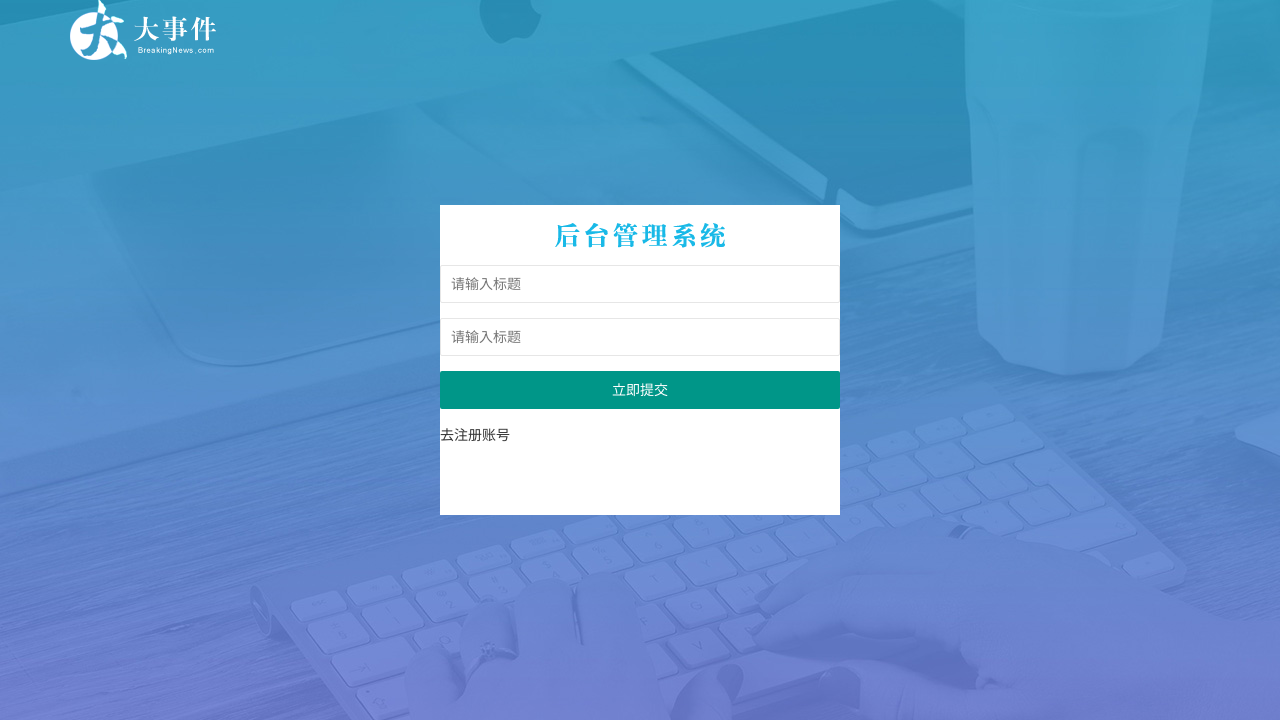
Repository: keyboying1/web_bigevent
Page: login.html
These files come from the project's save history. The page is drawn as it stood at one moment and after the next save; the edit follows.
The browser window is 1280 px wide. The pictures show the whole page.

Above is the page before, as saved 2022-11-18 15:34:41.

### login.html
<!DOCTYPE html>
<html lang="en">
<head>
    <meta charset="UTF-8">
    <meta http-equiv="X-UA-Compatible" content="IE=edge">
    <meta name="viewport" content="width=device-width, initial-scale=1.0">
    <title>大事件-注册/登录</title>
    <!-- 导入layui样式 -->
    <link rel="stylesheet" href="/assets/lib/layui/css/layui.css">
    <link rel="stylesheet" href="/assets/css/login.css">
</head>
<body>
    <!-- 头部logo区域 -->
    <div class="layui-main">
        <img src="/assets/images/logo.png" alt="" />
    </div>

    <!-- 登录注册区域 -->
    <div class="loginAndRegBox">
        <div class="title-box" ></div>
        <!-- 登录div -->
        <div class="login-box">
            <!-- 登陆的表单  -->
            <form class="layui-form" action="">
                <!-- 用户名 -->
                <div class="layui-form-item">
                    <input type="text" name="title" required  lay-verify="required" placeholder="请输入标题" autocomplete="off" class="layui-input">
                </div>

                <!-- 密码 -->
                <div class="layui-form-item">
                    <input type="text" name="title" required  lay-verify="required" placeholder="请输入标题" autocomplete="off" class="layui-input">
                </div>
                <!-- 按钮 -->
                <div class="layui-form-item">
                    <button class="layui-btn layui-btn-fluid" lay-submit >立即提交</button>

                </div>
            </form>

            <a href="javascript:;" id="link_reg">去注册账号</a>
        </div>
        <!-- 注册div -->
        <div class="reg-box">
            <a href="javascript:;" id="link_login">去登录</a>
        </div>
    </div>
    <!-- 导入jQuery -->
    <script src="/assets/lib/jquery.js"></script>
    <!-- 导入自己的js -->
    <script src="/assets/js/login.js"></script>
</body>
</html>

### assets/css/login.css
html,
body{
    margin:0;
    padding:0;
    height: 100%;
    width: 100%;
    background:url('/assets/images/login_bg.jpg')
    no-repeat center;
    background-size: cover;
}

.loginAndRegBox{
   width: 400px;
   height:310px;
   background-color: #fff;
   position: absolute;
   left: 50%;
   top: 50%;
   transform: translate(-50%,-50%);
}

.title-box{
    height: 60px;
    background: url("/assets/images/login_title.png")
    no-repeat center;
}
.reg-box{
    display: none;
}

### assets/js/login.js
$(function(){
    //点击去注册账号链接
    $('#link_reg').on('click',function(){
        $('.login-box').hide()
        $('.reg-box').show()
    })

    //点击去登录的链接
    $('#link_login').on('click',function(){
        $('.login-box').show()
        $('.reg-box').hide()
    })
})

Loaded but not shown: assets/lib/layui/css/layui.css (library); assets/lib/jquery.js (library)

After the next save:
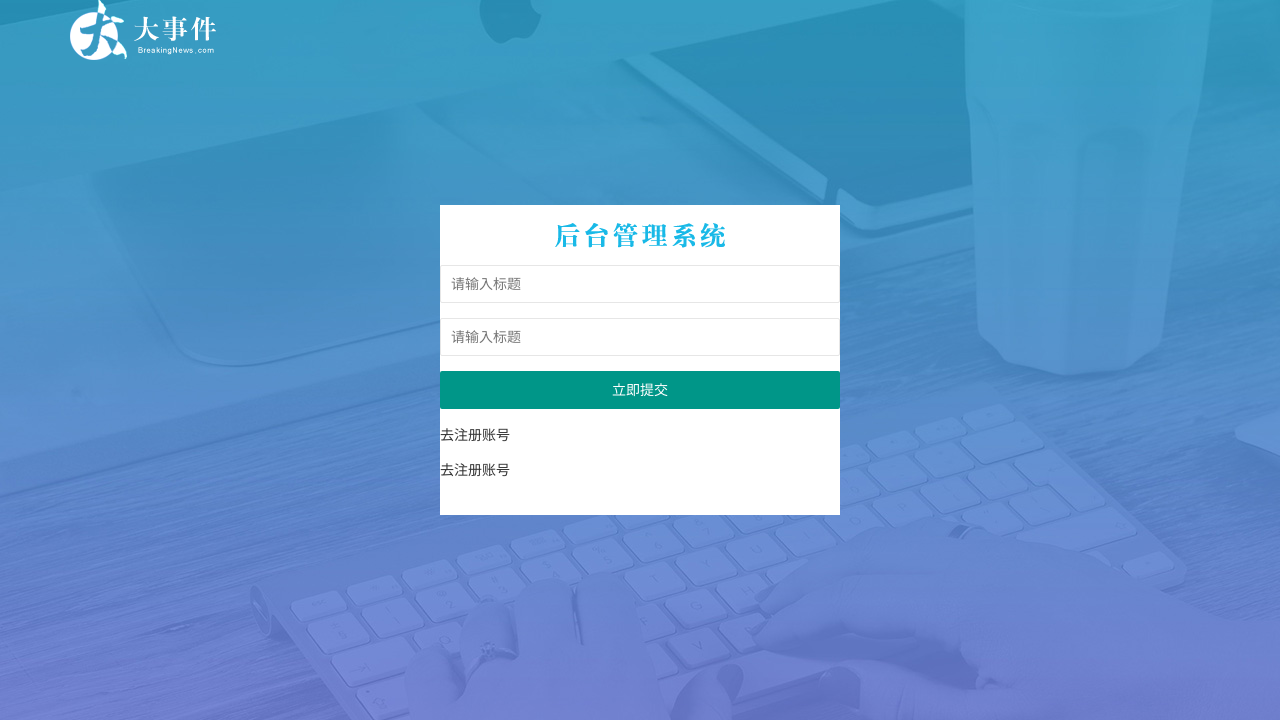
Saved 91 s later.
--- a/login.html
+++ b/login.html
@@ -36,6 +36,9 @@
                     <button class="layui-btn layui-btn-fluid" lay-submit >立即提交</button>
 
                 </div>
+                <div class="layui-form-item">
+                    <a href="javascript:;" id="link_reg">去注册账号</a>
+                </div>
             </form>
 
             <a href="javascript:;" id="link_reg">去注册账号</a>

After the save that followed:
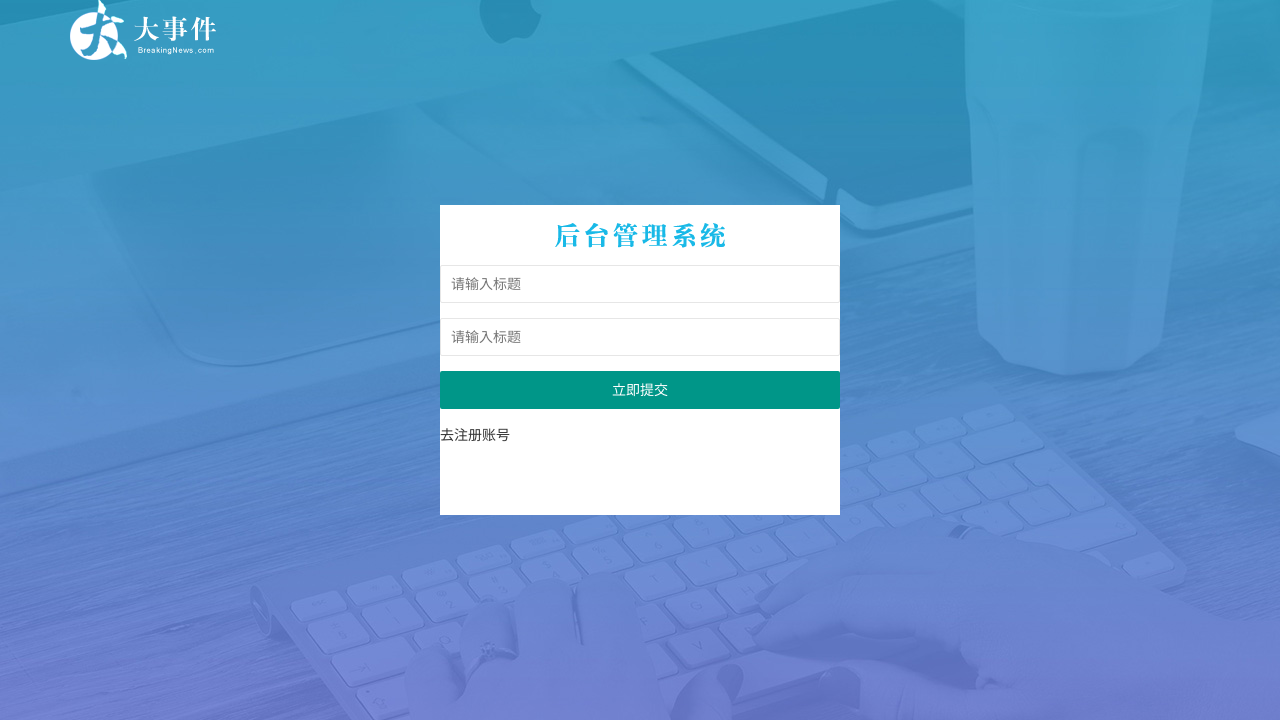
Saved 21 s later.
--- a/login.html
+++ b/login.html
@@ -41,7 +41,7 @@
                 </div>
             </form>
 
-            <a href="javascript:;" id="link_reg">去注册账号</a>
+
         </div>
         <!-- 注册div -->
         <div class="reg-box">
